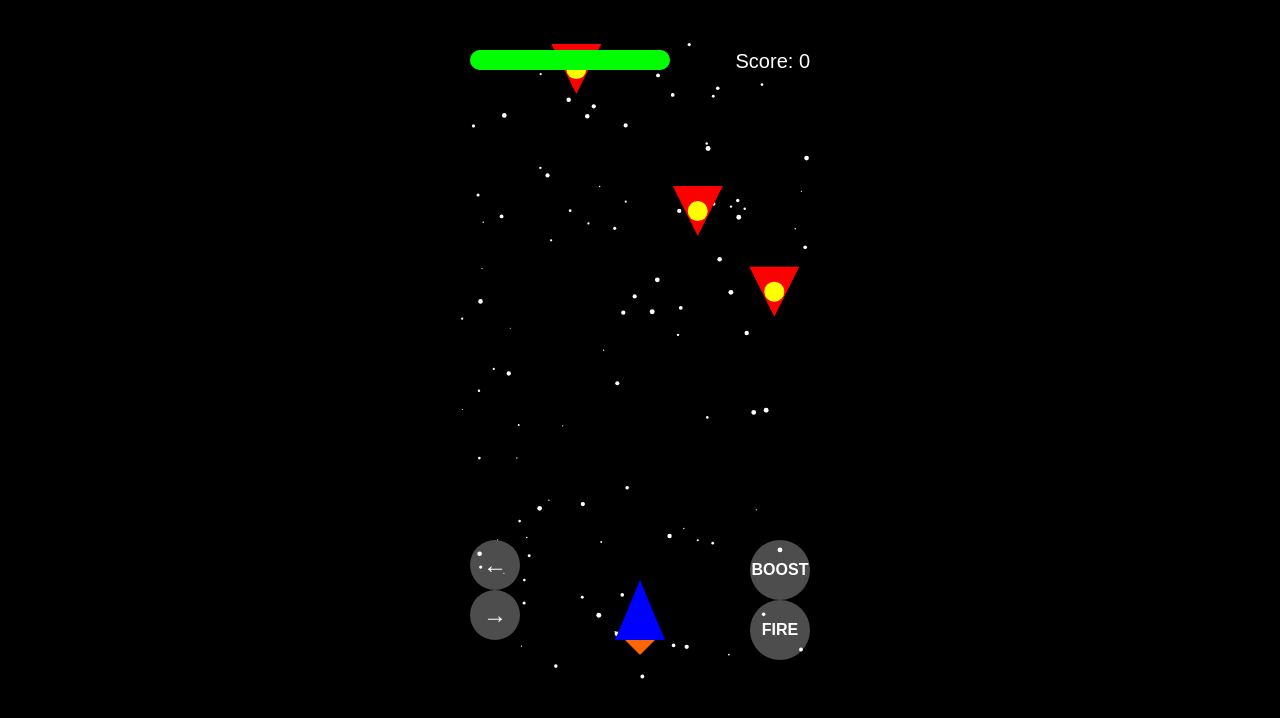
Repository: BiranOrundas/space-shooter
Page: space-shooter.html
An editor plug-in stored every save of this project. The page is shown before and after the next save, followed by the edit.
The browser window is 1280 px wide. The pictures show the whole page.

Above is the page before, as saved 2025-03-13 12:53:46.

After the next save:
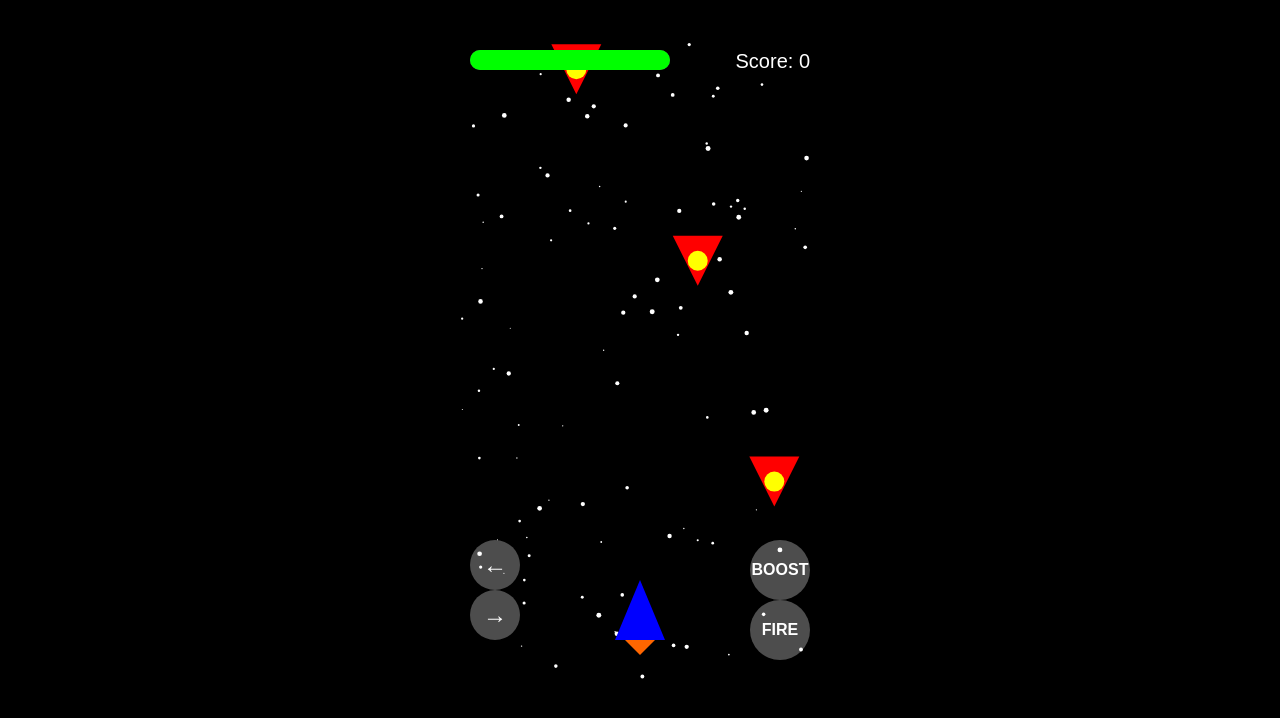
Saved 39 s later.
--- a/space-shooter.html
+++ b/space-shooter.html
@@ -272,7 +272,7 @@
           y: -50,
           width: 50,
           height: 50,
-          speed: Math.random() * 2 + 1
+          speed: Math.random() * 5 + 1
         });
       }
     }

After the save that followed:
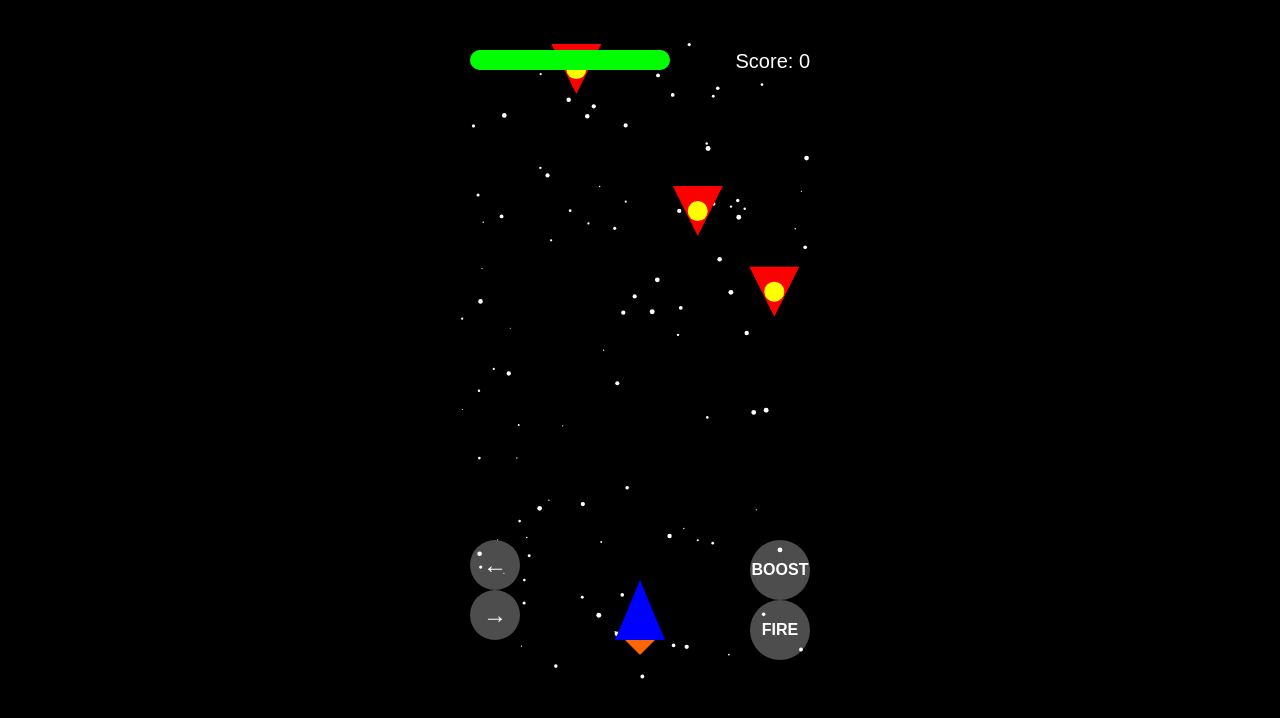
Saved 7 s later.
--- a/space-shooter.html
+++ b/space-shooter.html
@@ -272,7 +272,7 @@
           y: -50,
           width: 50,
           height: 50,
-          speed: Math.random() * 5 + 1
+          speed: Math.random() * 2 + 1
         });
       }
     }
